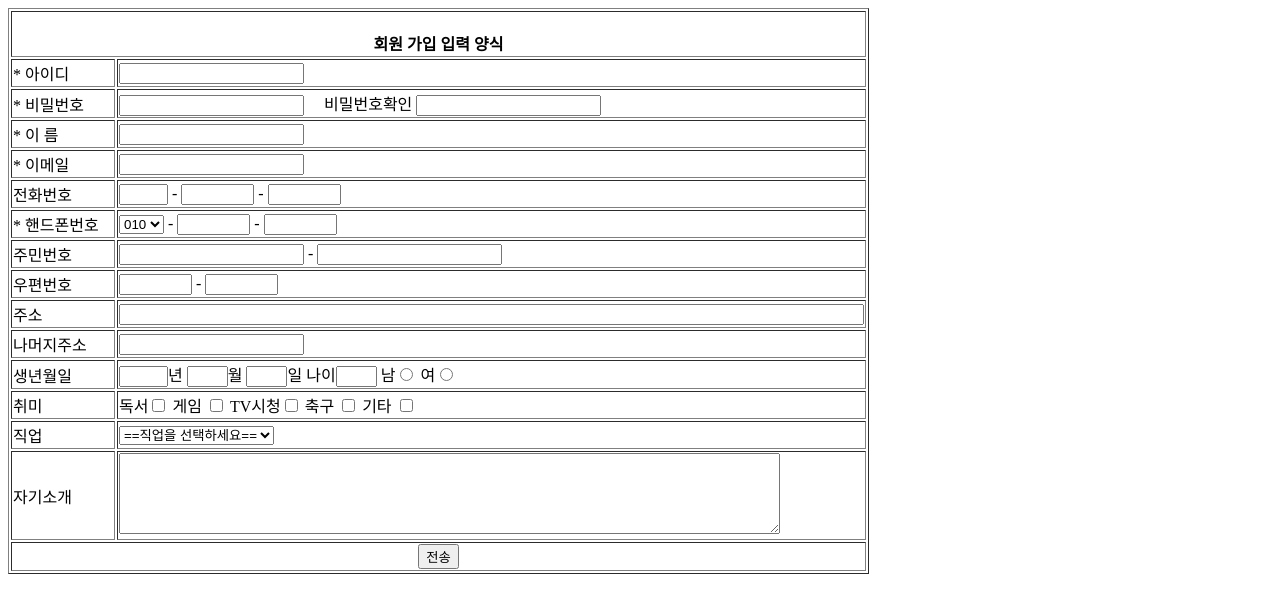
Repository: vkfkstptkd1/WebProgramming
Page: ch3_FormTag/WebContent/In_Form.html
The author's editor kept a copy of each file at every save. The page is drawn from the files as they stood at one save, then again after the next save.
The browser window is 1280 px wide. The pictures show the whole page.

Above is the page before, as saved 2021-03-20 08:42:30.

### ch3_FormTag/WebContent/In_Form.html
<!DOCTYPE html>
<html>
<head>
<meta charset="EUC-KR">
<title>First Practice : In_ Form</title>
<style type="text/css">
.style0{color:blue;background-color:grey;}
</style>
</head>
<body>
<form action= "In_Form_ok.jsp" method="post">
	<table border="1">
	<tr><th colspan=2><br>회원 가입 입력 양식</th></tr><!--표제목  -->
	<tr><td width= "100"> * 아이디</td>
		<td width="500"> <input type="text" name="id"></td>
	</tr>
	<tr><td> * 비밀번호</td>
		<td> <input type="text" name="pwd"> &nbsp;&nbsp;&nbsp;&nbsp;비밀번호확인 <input type="text" name="pwdok">
		</td>
	</tr>
	<tr><td> * 이 름</td>
		<td> <input type="text" name="name"></td>
	</tr>
	<tr><td> * 이메일</td>
		<td> <input type="text" name="email"></td>
	</tr>
	<tr><td> 전화번호</td>
		<td><input type="text" name="homenumber" size=3>
			-
			<input type="text" name="homenumber" size=6>
			-
			<input type="text" name="homenumber" size=6>
		</td>
	</tr>
	<tr><td> * 핸드폰번호</td>
		<td>
		<SELECT NAME="phonenumber1">
		<OPTION VALUE="010">010</OPTION>
		<OPTION VALUE="011">011</OPTION>
		<OPTION VALUE="012">012</OPTION>
		</SELECT>
		-
		<input type="text" name="phonenumber2" size=6>
		-
		<input type="text" name="phonenumber3" size=6>
		</td>
	</tr>
	<tr><td> 주민번호</td>
		<td> <input type="text" name="ssn1">
			 -
			 <input type="text" name="ssn2">
		</td>
	</tr>
	<tr><td> 우편번호</td>
		<td> <input type="text" name="pn1" size=6>
			 -
			 <input type="text" name="pn2" size=6></td>
	</tr>
	<tr><td> 주소</td>
		<td> <input type="text" name="ad" size=90 ></td>
	</tr>
	<tr><td> 나머지주소</td>
		<td> <input type="text" name="remainderad"></td>
	</tr>
	<tr><td> 생년월일</td>
		<td> <input type="text" name="year" size=3>년
			 <input type="text" name="month" size=2>월
			 <input type="text" name="day" size=2>일
			 나이<input type="text" name="age" size=2>
			 남<input type="radio" name="gender" value="남">
			 여<input type="radio" name="gender" value="여">
		</td>
	</tr>
	<tr><td> 취미</td>
		<td> 독서<input type="checkbox" name="hobby" value="독서">
			 게임	<input type="checkbox" name="hobby" value="게임">
		   TV시청<input type="checkbox" name="hobby" value="TV시청">
			 축구	<input type="checkbox" name="hobby" value="축구">
			 기타	<input type="checkbox" name="hobby" value="기타">
		</td>
	</tr>
	<tr><td > 직업</td>
		<td >
		<SELECT NAME="job">
         <OPTION VALUE="">==직업을 선택하세요==</OPTION>
         <OPTION VALUE="학생">학생</OPTION>
         <OPTION VALUE="회사원">회사원</OPTION>
         <OPTION VALUE="군인">군인</OPTION>
         <OPTION VALUE="기타">기타</OPTION>
	    </SELECT>
	    </td>
	</tr>
	<tr><td > 자기소개</td>
		<td > <textarea name="intro" rows=5 cols=80 ></textarea></td>
	</tr>
	<tr>
		<td colspan="2"><center><input type="submit" value="전송" ></center></td>
	</tr>
	</table>
</form>
</body>
</html>

After the next save:
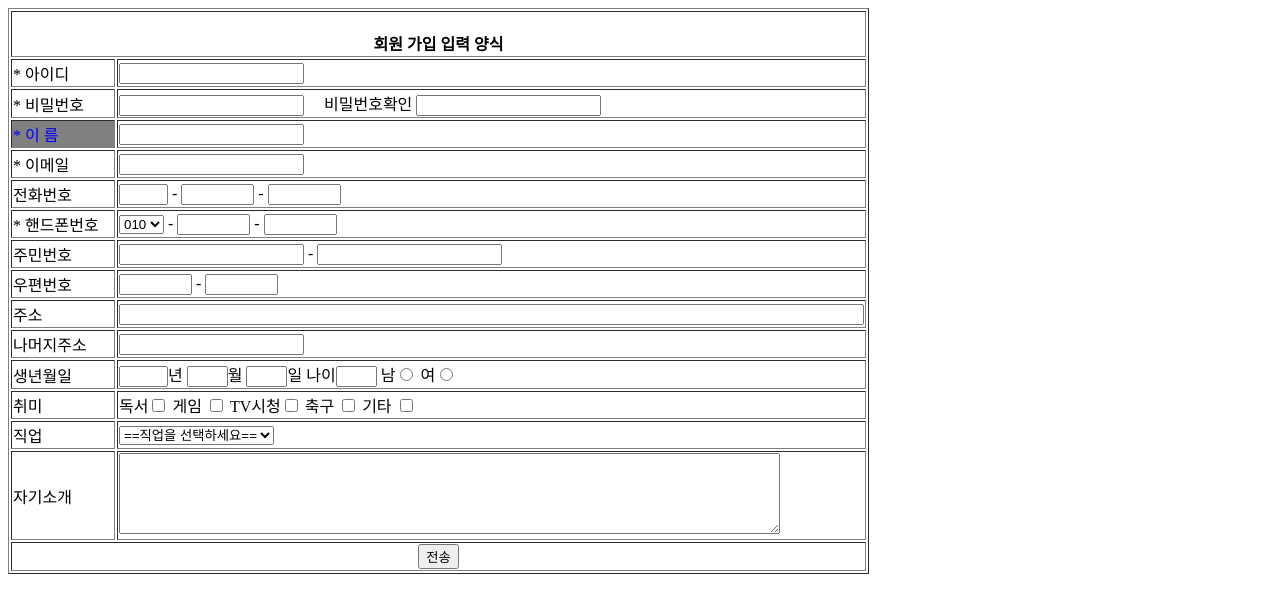
Saved 15 s later.
--- a/ch3_FormTag/WebContent/In_Form.html
+++ b/ch3_FormTag/WebContent/In_Form.html
@@ -18,7 +18,7 @@
 		<td> <input type="text" name="pwd"> &nbsp;&nbsp;&nbsp;&nbsp;비밀번호확인 <input type="text" name="pwdok">
 		</td>
 	</tr>
-	<tr><td> * 이 름</td>
+	<tr><td class="style0"> * 이 름</td>
 		<td> <input type="text" name="name"></td>
 	</tr>
 	<tr><td> * 이메일</td>
